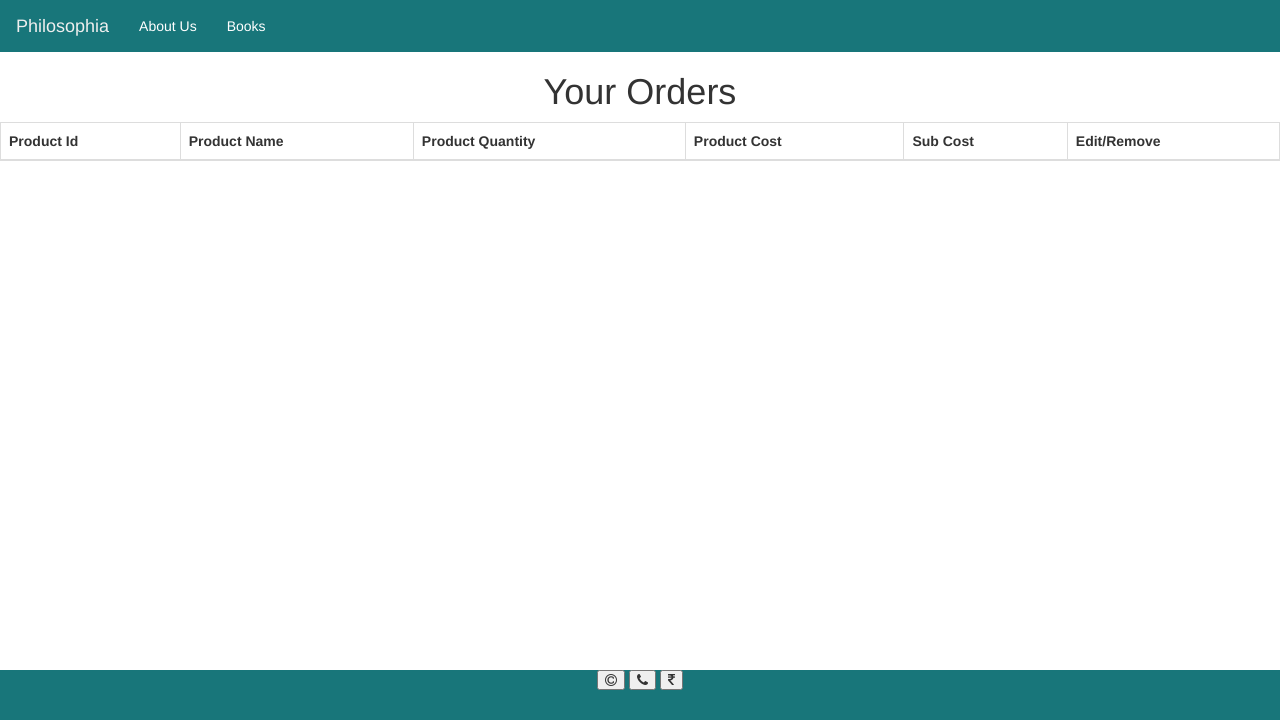
Repository: JamesArul/BookStorePLSP
Page: http://localhost/PhilosophiaFrontEnd/WEB-INF/views/User/DisplayUserCarts.jsp
An editor plug-in stored every save of this project. The page is shown before and after the next save, followed by the edit.
The browser window is 1280 px wide. The pictures show the whole page.
The page is served by Tomcat 9. Nobody is signed in. Other server files are loaded and not shown. The template is opened directly, without the code that normally fills it, so the values that code supplies are empty.

Above is the page before, as saved 2017-06-14 15:30:48.
Console error (its wording comes from the project's code and is left out).

### PhilosophiaFrontEnd/src/main/webapp/WEB-INF/views/User/DisplayUserCarts.jsp
<%@ page language="java" contentType="text/html; charset=ISO-8859-1"
    pageEncoding="ISO-8859-1"%>
<%@ taglib prefix="c" uri="http://java.sun.com/jsp/jstl/core" %>
<!DOCTYPE html PUBLIC "-//W3C//DTD HTML 4.01 Transitional//EN" "http://www.w3.org/TR/html4/loose.dtd">
<html>
<head>
<meta http-equiv="Content-Type" content="text/html; charset=ISO-8859-1">
<link  rel="stylesheet" href="Resources/Bootstrap/bootstrap.min.css">
<script src="Resources/Bootstrap/bootstrap.js"></script>
<script src="Resources/JQuery/jquery-3.1.1.min.js"></script>
<script src="Resources/AngularJS/angular.min.js"></script>
<title>Display user carts</title>
</head>
<body>
<jsp:include page="..\MainHeader.jsp"></jsp:include>
<center><H1>Your Orders</H1></center>
<table class="table table-bordered">
    <thead>
      <tr>
        <th>Product Id</th>
        <th>Product Name</th>
        <th>Product Quantity</th>
        <th>Product Cost</th>
        <th>Sub Cost</th>
        <th>Edit/Remove</th>
      </tr>
    </thead>
    <tbody>
    <c:forEach items="${prInCartList}" var="cList">
      <tr>
        <td><c:out value="${cList.delivery_name}" /></td>
        <td><c:out value="${cList.user_contact}" /></td>
        <td><c:out value="${cList.cartStatus}" /></td>
        <td><c:out value="${cList.totalCost}" /></td>
      </tr>
       </c:forEach>
    </tbody>
  </table>
<jsp:include page="..\MainFooter.jsp"></jsp:include>
</body>
</html>

### PhilosophiaFrontEnd/src/main/webapp/WEB-INF/views/MainHeader.jsp
<%@ page language="java" contentType="text/html; charset=ISO-8859-1" pageEncoding="ISO-8859-1"%>
<%@ taglib prefix="c" uri="http://java.sun.com/jsp/jstl/core" %>
<!DOCTYPE html PUBLIC "-//W3C//DTD HTML 4.01 Transitional//EN" "http://www.w3.org/TR/html4/loose.dtd">
<html>
<head>
<meta http-equiv="Content-Type" content="text/html; charset=ISO-8859-1">
<link  rel="stylesheet" href="Resources/Bootstrap/bootstrap.min.css">
<script type="text/javascript" src="Resources/Bootstrap/bootstrap.js"></script>
<script type="text/javascript" src="Resources/JQuery/jquery-3.1.1.min.js"></script>
<link  rel="stylesheet" href="Resources/FontAwesome/font-awesome.min.css">
<style>
@font-face {
  font-family: 'Glyphicons Halflings';
  src: url('Resources/Bootstrap/fonts/glyphicons-halflings-regular.eot');
  src: url('Resources/Bootstrap/fonts/glyphicons-halflings-regular.eot?#iefix') format('embedded-opentype'), url('Resources/Bootstrap/fonts/glyphicons-halflings-regular.woff') format('woff'), url('Resources/Bootstrap/fonts/glyphicons-halflings-regular.ttf') format('truetype'), url('Resources/Bootstrap/fonts/glyphicons-halflings-regular.svg#glyphicons-halflingsregular') format('svg');
}
.navbar-custom {
	background-color:#18767a;
    color:#ffffff;
  	border-radius:0;
}

.navbar-custom .navbar-nav > li > a {
  	color:#fff;
}

.navbar-custom .navbar-nav > .active > a {
    color: #ffffff;
	background-color:transparent;
}

.navbar-custom .navbar-nav > li > a:hover,
.navbar-custom .navbar-nav > li > a:focus,
.navbar-custom .navbar-nav > .active > a:hover,
.navbar-custom .navbar-nav > .active > a:focus,
.navbar-custom .navbar-nav > .open >a {
    text-decoration: none;
    background-color: #33aa33;
}

.navbar-custom .navbar-brand {
  	color:#eeeeee;
}
.navbar-custom .navbar-toggle {
  	background-color:#eeeeee;
}
.navbar-custom .icon-bar {
  	background-color:#33aa33;
}
</style>
</head>
<body>
<nav class="navbar navbar-custom">
  <div class="container-fluid">
  <div class="navbar-header">
    <button type="button" class="navbar-toggle" data-toggle="collapse" data-target=".navbar-collapse">
      <span class="sr-only">Toggle navigation</span>
      <span class="icon-bar"></span>
      <span class="icon-bar"></span>
      <span class="icon-bar"></span>
    </button>
    <a class="navbar-brand" href="goHome">Philosophia</a>
  </div>
  <div class="collapse navbar-collapse">
    <ul class="nav navbar-nav">
      <li><a href="goAboutUs">About Us</a></li>
      <li><a href="goProdView">Books</a></li>
      <c:if test="${not empty UserMsg }">
      <li><a href="goMyCart">MyCart</a></li>
      <li><a href="goAllMyCart">View My Orders</a></li>
      </c:if>
      <c:if test="${not empty AdminMsg }">
      <li><a href="goAdmin">Overall Management</a></li>
      </c:if>
    </ul>
    <c:if test="${ not empty loginMsg }">
    <ul class="nav navbar-nav navbar-right">
      <li class="dropdown">
        <a class="dropdown-toggle" data-toggle="dropdown" href="#">
        <span class="glyphicon glyphicon-user"></span>
        <span class="caret"></span></a>
        <ul class="dropdown-menu pull-right">
          <li><a href="goLogin">Login</a></li>
          <li><a href="goRegister">Register</a></li>
        </ul>
      </li>
      </ul>
      </c:if>
      <c:if test="${not empty UserMsg }">
      <ul class="nav navbar-nav navbar-right">
      <li class="dropdown">
        <a class="dropdown-toggle" data-toggle="dropdown" href="#">
        <span class="glyphicon glyphicon-user"></span>${ UserName }
        <span class="caret"></span></a>
        <ul class="dropdown-menu">
          <li><a href="goModifyUser">Modiy Account</a></li>
          <li><c:url var="logoutUrl" value="/j_spring_security_logout" />
    <form action="${logoutUrl}" id="logout" method="post">
        <input type="hidden" name="${_csrf.parameterName}"
            value="${_csrf.token}" />
    </form>
    <a href="#" onclick="document.getElementById('logout').submit();">Logout</a></li>
        </ul>
      </li>
      </ul>
      </c:if>
      <c:if test="${not empty AdminMsg }">
      <ul class="nav navbar-nav navbar-right">
      <li class="dropdown">
        <a class="dropdown-toggle" data-toggle="dropdown" href="#">
        <span class="glyphicon glyphicon-user"></span>${ UserName }
        <span class="caret"></span></a>
        <ul class="dropdown-menu">
          <li><a href="#">Modiy Account</a></li>
          <li><c:url var="logoutUrl" value="/j_spring_security_logout" />
    <form action="${logoutUrl}" id="logout" method="post">
        <input type="hidden" name="${_csrf.parameterName}"
            value="${_csrf.token}" />
    </form>
    <a href="#" onclick="document.getElementById('logout').submit();">Logout</a></li>
        </ul>
      </li>
      </ul>
      </c:if>
    </ul>
  </div>
  </div>
</nav>
</body>
</html>

### PhilosophiaFrontEnd/src/main/webapp/WEB-INF/views/MainFooter.jsp
<%@ page language="java" contentType="text/html; charset=ISO-8859-1"
    pageEncoding="ISO-8859-1"%>
<!DOCTYPE html PUBLIC "-//W3C//DTD HTML 4.01 Transitional//EN" "http://www.w3.org/TR/html4/loose.dtd">
<html>
<head>
<meta http-equiv="Content-Type" content="text/html; charset=ISO-8859-1">
<link  rel="stylesheet" href="Resources/FontAwesome/font-awesome.min.css">
<style>
@font-face {
  font-family: 'FontAwesome';
  src: url('Resources/FontAwesome/fonts/fontawesome-webfont.eot?v=4.7.0');
  src: url('Resources/FontAwesome/fonts/fontawesome-webfont.eot?#iefix&v=4.7.0') format('embedded-opentype'),
    url('Resources/FontAwesome/fonts/fontawesome-webfont.woff?v=4.7.0') format('woff'),
    url('Resources/FontAwesome/fonts/fontawesome-webfont.ttf?v=4.7.0') format('truetype');
  font-weight: normal;
  font-style: normal;
}
.navbar-fixed-bottom
{
background-color: #18767a;
<!--position : absolute; -->
position: fixed;
bottom: 0px;
width: 100%;
}
</style>
<script>
function cprdisplay()
{
	document.getElementById('mytext').innerHTML = 'Coryrights owned by James Arularasan';
}
function cntdisplay()
{
	document.getElementById('mytext').innerHTML = 'Contact @ ProjectPhilosophia.com';
}
function spnrdisplay()
{
	document.getElementById('mytext').innerHTML = 'Sponsored by JPro';
}
</script>
</head>
<body>
<br>
<br>
<br>
<footer class="navbar-fixed-bottom">
<div class="container">
<center>
<button title="Copyright" onclick="cprdisplay()"><i class="fa fa-copyright"></i></button><!-- Copyright -->
<button title="Contact" onclick="cntdisplay()"><i class="fa fa-phone"></i></button><!-- Contact -->
<button title="Our Sponsors" onclick="spnrdisplay()"><i class="fa fa-inr"></i></button><!-- Our Sponsors -->
</center>
<br>
<center><p id="mytext"></p></center>
</div>
</footer>
</body>
</html>

Loaded but not shown: PhilosophiaFrontEnd/src/main/webapp/Resources/Bootstrap/bootstrap.min.css (library); PhilosophiaFrontEnd/src/main/webapp/Resources/Bootstrap/bootstrap.js (library); PhilosophiaFrontEnd/src/main/webapp/Resources/JQuery/jquery-3.1.1.min.js (library); PhilosophiaFrontEnd/src/main/webapp/Resources/AngularJS/angular.min.js (library); PhilosophiaFrontEnd/src/main/webapp/Resources/FontAwesome/font-awesome.min.css (library)

After the next save:
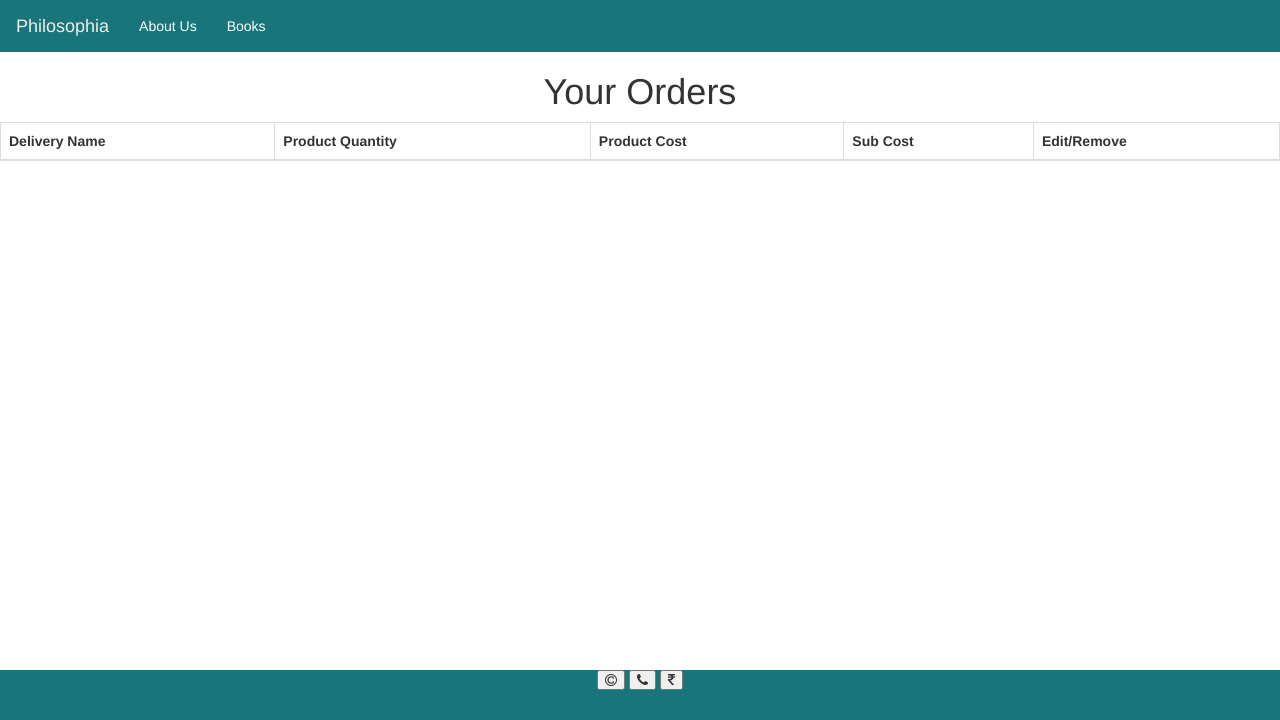
Saved 12 s later.
--- a/PhilosophiaFrontEnd/src/main/webapp/WEB-INF/views/User/DisplayUserCarts.jsp
+++ b/PhilosophiaFrontEnd/src/main/webapp/WEB-INF/views/User/DisplayUserCarts.jsp
@@ -17,8 +17,7 @@
 <table class="table table-bordered">
     <thead>
       <tr>
-        <th>Product Id</th>
-        <th>Product Name</th>
+        <th>Delivery Name</th>
         <th>Product Quantity</th>
         <th>Product Cost</th>
         <th>Sub Cost</th>
